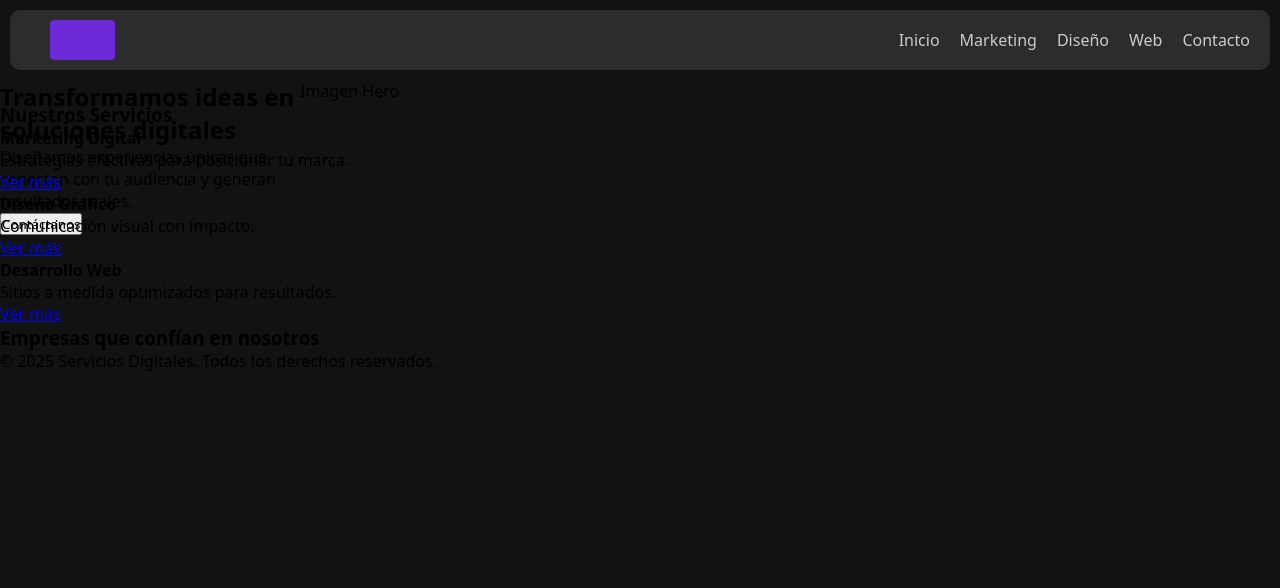
Repository: santinogarrone/TrabajoAgustin
Page: html/index.html
An editor plug-in stored every save of this project. The page is shown before and after the next save, followed by the edit.
The browser window is 1280 px wide. The pictures show the whole page.

Above is the page before, as saved 2025-05-02 12:01:14.

### html/index.html
<!DOCTYPE html>
<html lang="en">
<head>
    <meta charset="UTF-8">
    <meta name="viewport" content="width=device-width, initial-scale=1.0">
    <link rel="stylesheet" href="../css/style.css">
    <title>Página de Agustin</title>
</head>
<body>

    <header>
        <nav class="nav-bar">
            <div class="cuadrado-violeta">

            </div>


            <ul class="nav-list">
                <li class="nav-item"><a href="">Inicio</a></li>
                <li class="nav-item"><a href="">Marketing</a></li>
                <li class="nav-item"><a href="">Diseño</a></li>
                <li class="nav-item"><a href="">Web</a></li>
                <li class="nav-item"><a href="">Contacto</a></li>
            </ul>

            <button class="menu-icon" aria-label="menu">
                <span class="menu-line"></span>
                <span class="menu-line"></span>
                <span class="menu-line"></span>
            </button>
        </nav>
    </header>
        <main>

            <section class="main-contact">
                <div class="contacto">
                    <h2 class="tit-contacto">Transformamos ideas en soluciones digitales</h2>
                    <p class="explicacion">Diseñamos experiencias únicas que conectan con tu audiencia y generan resultados reales.</p>

                    <button class="boton-contactar" onclick="location.href='../html/contacto.html'">
                        Contáctanos
                    </button>
                </div>

                <div class="img-hero">
                    Imagen Hero
                </div>
            </section>

            <section class="servicios">
                <h3>Nuestros Servicios</h3>

                <div class="card">
                    <h4>Marketing Digital</h4>
                    <p>Estrategias efectivas para posicionar tu marca.</p>
                    <a href="../html/marketing.html">Ver más</a>
                </div>

                <div class="card">
                    <h4>Diseño Gráfico</h4>
                    <p>Comunicación visual con impacto.</p>
                    <a href="#">Ver más</a>
                </div>

                <div class="card">
                    <h4>Desarrollo Web</h4>
                    <p>Sitios a medida optimizados para resultados.</p>
                    <a href="#">Ver más</a>
                </div>

            </section>

            <section class="empresas">
                <h3>Empresas que confían en nosotros</h3>
                <article class="logos">
                    <div class="logo"></div>
                    <div class="logo"></div>
                    <div class="logo"></div>
                    <div class="logo"></div>
                </article>

            </section>

        </main>

    <footer>
        <div class="ftr">
            <p>&copy; 2025 Servicios Digitales. Todos los derechos reservados.</p>
        </div>
    </footer>
</body>
</html>

### css/style.css
@import url(./global.css);

*{
    margin: 0;
    padding: 0;
    box-sizing: border-box;
    font-family: var(--font-family);
}


body{
    background-color: var(--fondo-color);
    height: 100%;
}

header{
    padding: 10px;
}
.cuadrado-violeta{
    display: block;
    width: 65px;
    height: 40px;
    background-color: var(--primary-color-original);
    border-radius: 4px;
    margin-left: 20px;
}


.nav-bar {
    display: flex;
    align-items: center;
    justify-content: space-between;
    background-color: #2c2c2c;
    padding: 10px 20px;
    border-radius: 10px;
    position: relative;
  }

  .menu-icon {
    display: none;
  }

  .menu-line {
    height: 4px;
    background-color: white;
    border-radius: 2px;
    width: 100%;
  }

  .nav-list {
    display: flex;
    gap: 20px;
    list-style: none;
    margin: 0;
    padding: 0;
  }

  .nav-item a {
    color: #ccc;
    text-decoration: none;
  }

  .main-contact{
    display: flex;
  }
  .main-contact .contacto{
    width: 300px;
    height: 20px;
  }

@media (375px >= width) {

    .hero-img{
        display: none;
    }
    .hero-texto p{
        display: none;
    }
    body{
        background-color: var(--fondo-color);
        height: 100%;
    }

    header{
        background-color: var(--superficie-dos);
        position: sticky;
        top: 0;
        margin: 0;
        border-radius: 0;
    }

    main{
        margin: 0px;
    }
    .explicacion{
        display: none;
    }

    .nav-list{
        display: none;
    }

    .img-hero{
        display: none;
    }
    .cuadrado-violeta{
        display: block;
        width: 65px;
        height: 40px;
        background-color: var(--primary-color-original);
        border-radius: 4px;
        margin-left: 20px;
    }

    .menu-icon{
        width: 30px;
        height: 30px;
        background: transparent;
        display: flex;
        flex-direction: column;
        gap: 4px;
        height: fit-content;
        border: none;
    }

    .menu-line{
        width: 100%;
        height: 4px;
        background-color: var(--texto-color);
        border: none;
        border-radius: 4px;

    }

    .nav-bar{
        display: flex;
        justify-content: space-between;
        align-items: center;
        padding: 5px 16px;
    }


    .main-contact{
        display: flex;
        padding: 24px;
        justify-content: center;
        align-items: center;
    }

    .contacto{
        display: block;
        padding: 34px;
        background: var(--primary-color-gradient);
        border-radius: 10px;
        color: var(--texto-color);
        height: auto;
        font-size: 12px;
    }

    .contacto .tit-contacto{
        text-align: center;
        align-items: center;
        font-weight: bold;
        margin-top: 30px;
    }

    .boton-contactar{
        display: block;
        margin: 0 auto;
        margin-bottom: 20px;
        margin-top: 12px;
        padding: 5px 20px;
        color: var(--primary-claro);
        background-color: var(--fondo-color);
        border-radius: 6px;
        cursor: pointer;
    }

    .servicios{
        display: flex;
        flex-direction: column;
        margin: 0 20px;
    }

    .servicios h3{
        color: var(--texto-color);
    }

    .card{
        margin-top: 5px;
        align-items: center;
        justify-content: center;
        background-color: var(--superficie-dos);
        border-radius: 8px;
        padding: 12px;
        margin-bottom: 15px;
    }

    .card h4{
        color: var(--texto-color);
    }

    .card p{
        color: var(--texto-secundario);
        padding-bottom: 20px;
    }

    .card a{
        display: inline-block;
        margin-bottom: 20px;
        color: var(--texto-color);
        cursor: pointer;
    }

    .empresas{
        display: flex;
        flex-direction: column;
        align-items: flex-start;
        margin-left: 20px;
    }

    .empresas h3{
        color: var(--texto-color);
        margin-bottom: 1rem;
    }

    .logos{
        margin-top: 5px;
        width: 335px;
        display: flex;
        justify-content: center;
        align-items : center;
        gap: 5px;
        background-color: var(--superficie-dos);
        border-radius: 8px;
        padding: 20px;
        margin-bottom: 10px;
    }

    .logo{
        width: 60px;
        height: 30px;
        background-color: #444444;
        border-radius: 5px;
    }

    .ftr{
        background-color: var(--superficie-dos);
        border-radius: 8px;
        text-align: center;
        margin: 15px 10px;
        padding: 16px;
        color: var(--texto-secundario);
    }
}

### css/global.css
:root{
    --primary-color-gradient : linear-gradient(135deg, #6D28D9, #8B5CF6);
    --primary-color-original : #6D28D9;
    --primary-claro : #8b5cf6;
    --secundary-color : #10b981;
    --acento-color : #f5930b;
    --fondo-color : #121212;
    --superficie-color : #1e1e1e;
    --superficie-dos : #2d2d2d;
    --texto-secundario : #A0A0A0;

    --texto-color : #fff;
    --font-family : 'system-ui'
}

After the next save:
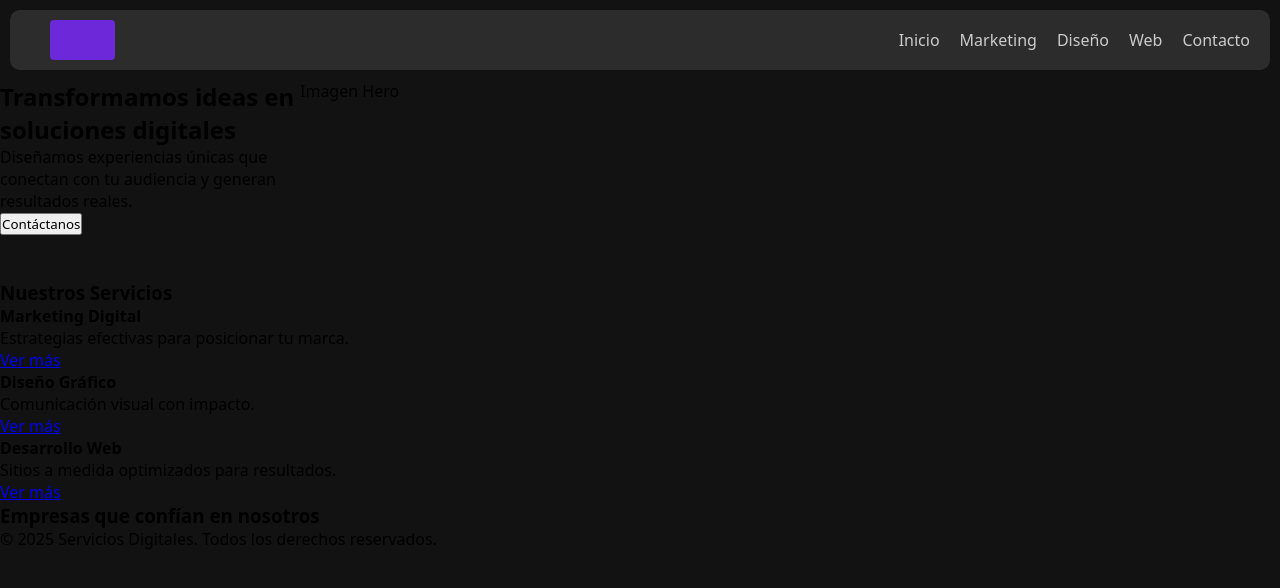
Saved 4 s later.
--- a/css/style.css
+++ b/css/style.css
@@ -65,7 +65,7 @@ header{
   }
   .main-contact .contacto{
     width: 300px;
-    height: 20px;
+    height: 200px
   }
 
 @media (375px >= width) {
